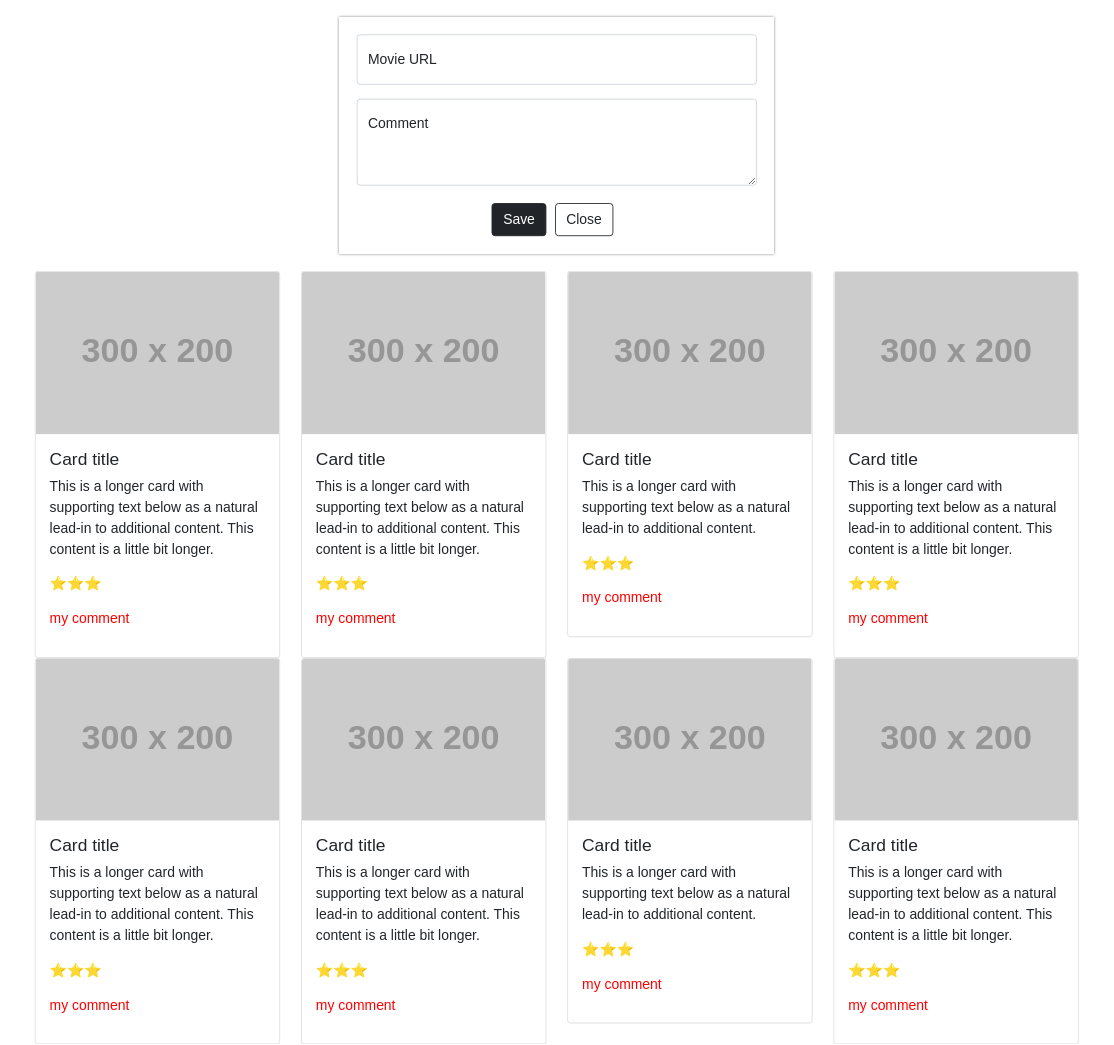
Repository: sinayaka-body/sparta
Page: frontend/bootstrap.html
The author's editor kept a copy of each file at every save. The page is drawn from the files as they stood at one save, then again after the next save.
The browser window is 1280 px wide. The pictures show the part of the page from y = 250 to 1497 px (the page is 1451 px tall before and 1497 px after), at 87% of full size.
Some web fonts or font styles are not loaded; a fallback is used.

Above is the page before, as saved 2023-04-15 17:22:24.

### frontend/bootstrap.html
<!DOCTYPE html>
<html lang="en">
  <head>
    <meta charset="utf-8" />
    <meta name="viewport" content="width=device-width, initial-scale=1, shrink-to-fit=no" />

    <link href="https://cdn.jsdelivr.net/npm/bootstrap@5.0.2/dist/css/bootstrap.min.css" rel="stylesheet" integrity="sha384-EVSTQN3/azprG1Anm3QDgpJLIm9Nao0Yz1ztcQTwFspd3yD65VohhpuuCOmLASjC" crossorigin="anonymous" />
    <script src="https://ajax.googleapis.com/ajax/libs/jquery/3.5.1/jquery.min.js"></script>
    <script src="https://cdn.jsdelivr.net/npm/bootstrap@5.0.2/dist/js/bootstrap.bundle.min.js" integrity="sha384-MrcW6ZMFYlzcLA8Nl+NtUVF0sA7MsXsP1UyJoMp4YLEuNSfAP+JcXn/tWtIaxVXM" crossorigin="anonymous"></script>

    <title>Spartapedia</title>

    <style>
      @import url("https://fonts.googleapis.com/css2?family=Gowun+Dodum&display=swap");

      * {
        font-family: "Hahmlet", sans-serif;
      }

      .mytitle {
        width: 100%;
        height: 250px;

        background-image: linear-gradient(0deg, rgba(0, 0, 0, 0.5), rgba(0, 0, 0, 0.5)), url("https://movie-phinf.pstatic.net/20210715_95/1626338192428gTnJl_JPEG/movie_image.jpg");
        background-position: center;
        background-size: cover;

        color: white;

        display: flex;
        flex-direction: column;
        align-items: center;
        justify-content: center;
      }

      .mytitle > button {
        width: 200px;
        height: 50px;

        background-color: transparent;
        color: white;

        border-radius: 50px;
        border: 1px solid white;

        margin-top: 10px;
      }

      .mytitle > button:hover {
        border: 2px solid white;
      }

      .mycards {
        margin: 20px auto 0px auto;
        width: 95%;
        max-width: 1200px;
      }

      .mypost {
        width: 95%;
        max-width: 500px;
        margin: 20px auto 0px auto;
        padding: 20px;
        box-shadow: 0px 0px 3px 0px gray;
      }

      .mybtns {
        display: flex;
        flex-direction: row;
        align-items: center;
        justify-content: center;
        margin-top: 20px;
      }

      .mybtns > button {
        margin-right: 10px;
      }
    </style>
  </head>

  <body>
    <div class="mytitle">
      <h1>My favorite movies</h1>
      <button>Save a new movie</button>
    </div>

    <div class="mypost">
      <div class="form-floating mb-3">
        <input type="email" class="form-control" id="floatingInput" placeholder="name@example.com" />
        <label for="floatingInput">Movie URL</label>
      </div>
      <div class="form-floating">
        <textarea class="form-control" placeholder="Leave a comment here" name="" id="floatingTextarea2" style="height: 100px"></textarea>
        <label for="floatingTextarea2">Comment</label>
      </div>
      <div class="mybtns">
        <button type="button" class="btn btn-dark">Save</button>
        <button type="button" class="btn btn-outline-dark">Close</button>
      </div>
    </div>

    <div class="mycards">
      <div class="row row-cols-1 row-cols-md-4 g-4">
        <div class="col">
          <div class="card">
            <img src="https://placehold.jp/300x200.png" class="card-img-top" alt="..." />
            <div class="card-body">
              <h5 class="card-title">Card title</h5>
              <p class="card-text">This is a longer card with supporting text below as a natural lead-in to additional content. This content is a little bit longer.</p>
              <p>⭐⭐⭐</p>
              <p style="color: red">my comment</p>
            </div>
          </div>
        </div>
        <div class="col">
          <div class="card">
            <img src="https://placehold.jp/300x200.png" class="card-img-top" alt="..." />
            <div class="card-body">
              <h5 class="card-title">Card title</h5>
              <p class="card-text">This is a longer card with supporting text below as a natural lead-in to additional content. This content is a little bit longer.</p>
              <p>⭐⭐⭐</p>
              <p style="color: red">my comment</p>
            </div>
          </div>
        </div>
        <div class="col">
          <div class="card">
            <img src="https://placehold.jp/300x200.png" class="card-img-top" alt="..." />
            <div class="card-body">
              <h5 class="card-title">Card title</h5>
              <p class="card-text">This is a longer card with supporting text below as a natural lead-in to additional content.</p>
              <p>⭐⭐⭐</p>
              <p style="color: red">my comment</p>
            </div>
          </div>
        </div>
        <div class="col">
          <div class="card">
            <img src="https://placehold.jp/300x200.png" class="card-img-top" alt="..." />
            <div class="card-body">
              <h5 class="card-title">Card title</h5>
              <p class="card-text">This is a longer card with supporting text below as a natural lead-in to additional content. This content is a little bit longer.</p>
              <p>⭐⭐⭐</p>
              <p style="color: red">my comment</p>
            </div>
          </div>
        </div>
      </div>
      <div class="row row-cols-1 row-cols-md-4 g-4">
        <div class="col">
          <div class="card">
            <img src="https://placehold.jp/300x200.png" class="card-img-top" alt="..." />
            <div class="card-body">
              <h5 class="card-title">Card title</h5>
              <p class="card-text">This is a longer card with supporting text below as a natural lead-in to additional content. This content is a little bit longer.</p>
              <p>⭐⭐⭐</p>
              <p style="color: red">my comment</p>
            </div>
          </div>
        </div>
        <div class="col">
          <div class="card">
            <img src="https://placehold.jp/300x200.png" class="card-img-top" alt="..." />
            <div class="card-body">
              <h5 class="card-title">Card title</h5>
              <p class="card-text">This is a longer card with supporting text below as a natural lead-in to additional content. This content is a little bit longer.</p>
              <p>⭐⭐⭐</p>
              <p style="color: red">my comment</p>
            </div>
          </div>
        </div>
        <div class="col">
          <div class="card">
            <img src="https://placehold.jp/300x200.png" class="card-img-top" alt="..." />
            <div class="card-body">
              <h5 class="card-title">Card title</h5>
              <p class="card-text">This is a longer card with supporting text below as a natural lead-in to additional content.</p>
              <p>⭐⭐⭐</p>
              <p style="color: red">my comment</p>
            </div>
          </div>
        </div>
        <div class="col">
          <div class="card">
            <img src="https://placehold.jp/300x200.png" class="card-img-top" alt="..." />
            <div class="card-body">
              <h5 class="card-title">Card title</h5>
              <p class="card-text">This is a longer card with supporting text below as a natural lead-in to additional content. This content is a little bit longer.</p>
              <p>⭐⭐⭐</p>
              <p style="color: red">my comment</p>
            </div>
          </div>
        </div>
      </div>
    </div>
  </body>
</html>

After the next save:
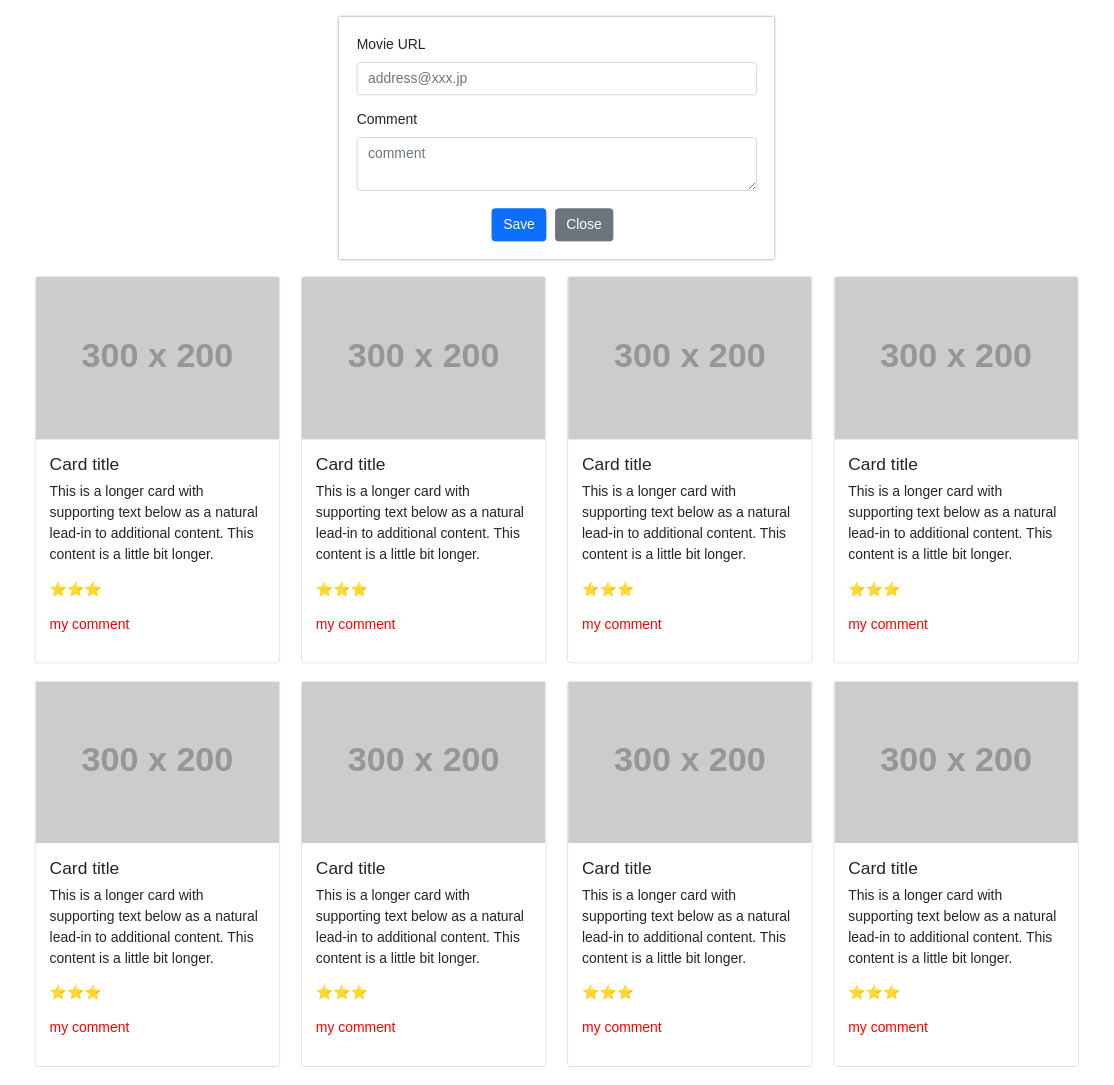
Saved 14 s later.
--- a/frontend/bootstrap.html
+++ b/frontend/bootstrap.html
@@ -75,6 +75,10 @@
       .mybtns > button {
         margin-right: 10px;
       }
+
+      .row {
+        margin-bottom: 20px;
+      }
     </style>
   </head>
 
@@ -85,18 +89,20 @@
     </div>
 
     <div class="mypost">
-      <div class="form-floating mb-3">
-        <input type="email" class="form-control" id="floatingInput" placeholder="name@example.com" />
-        <label for="floatingInput">Movie URL</label>
-      </div>
-      <div class="form-floating">
-        <textarea class="form-control" placeholder="Leave a comment here" name="" id="floatingTextarea2" style="height: 100px"></textarea>
-        <label for="floatingTextarea2">Comment</label>
-      </div>
-      <div class="mybtns">
-        <button type="button" class="btn btn-dark">Save</button>
-        <button type="button" class="btn btn-outline-dark">Close</button>
-      </div>
+      <form>
+        <div class="mb-3">
+          <label for="exampleInputEmail1" class="form-label">Movie URL</label>
+          <input type="url" class="form-control" id="exampleInputURL1" aria-describedby="MovieURL" placeholder="address@xxx.jp" />
+        </div>
+        <div class="mb-3">
+          <label for="exampleInputPassword1" class="form-label">Comment</label>
+          <textarea type="comment" class="form-control" id="exampleInputPassword1" placeholder="comment" /></textarea>
+        </div>
+        <div class="mybtns">
+          <button type="button" class="btn btn-primary">Save</button>
+          <button type="button" class="btn btn-secondary">Close</button>
+        </div>
+      </form>
     </div>
 
     <div class="mycards">
@@ -128,7 +134,7 @@
             <img src="https://placehold.jp/300x200.png" class="card-img-top" alt="..." />
             <div class="card-body">
               <h5 class="card-title">Card title</h5>
-              <p class="card-text">This is a longer card with supporting text below as a natural lead-in to additional content.</p>
+              <p class="card-text">This is a longer card with supporting text below as a natural lead-in to additional content. This content is a little bit longer.</p>
               <p>⭐⭐⭐</p>
               <p style="color: red">my comment</p>
             </div>
@@ -174,7 +180,7 @@
             <img src="https://placehold.jp/300x200.png" class="card-img-top" alt="..." />
             <div class="card-body">
               <h5 class="card-title">Card title</h5>
-              <p class="card-text">This is a longer card with supporting text below as a natural lead-in to additional content.</p>
+              <p class="card-text">This is a longer card with supporting text below as a natural lead-in to additional content. This content is a little bit longer.</p>
               <p>⭐⭐⭐</p>
               <p style="color: red">my comment</p>
             </div>
